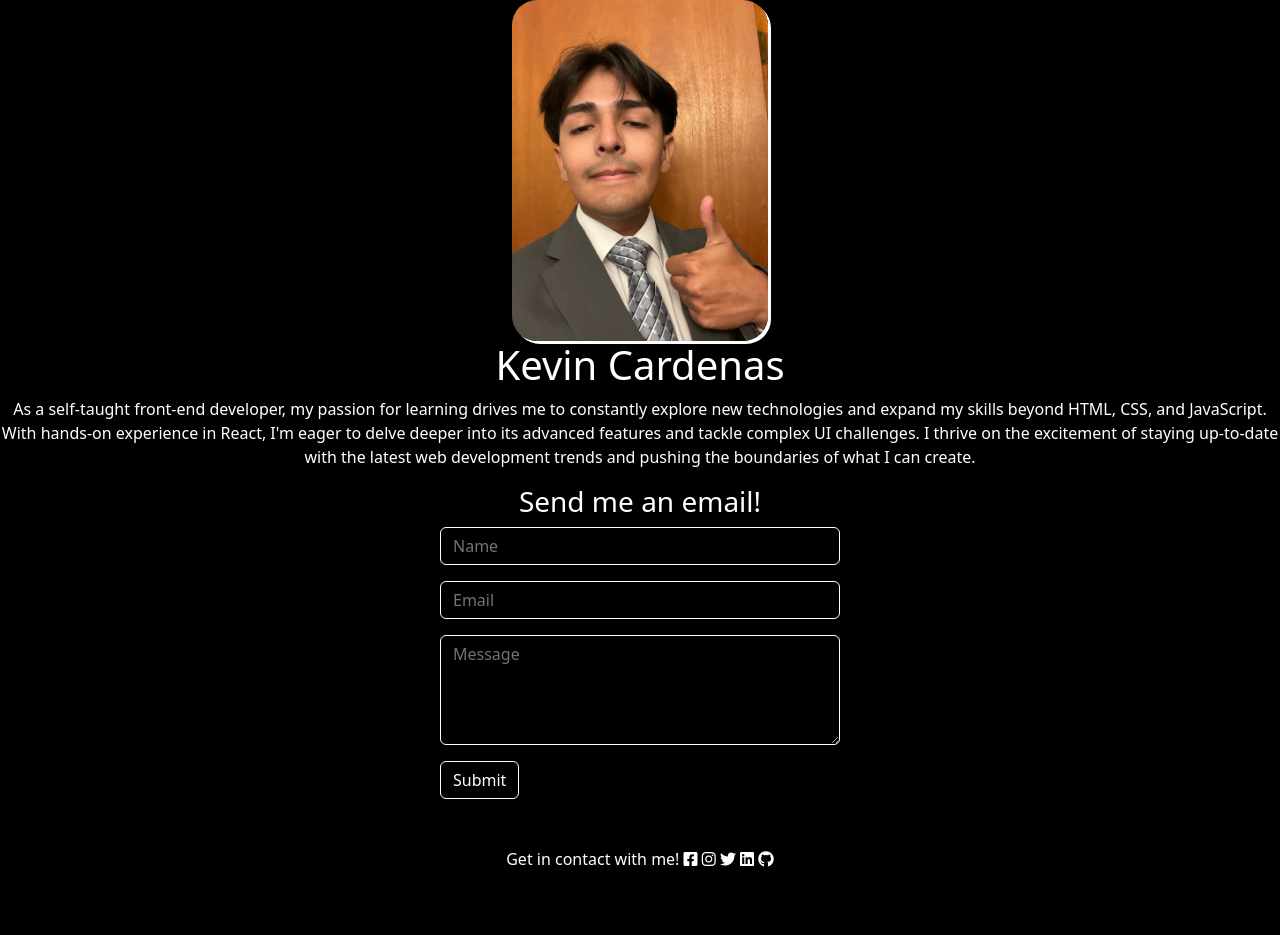
Repository: elqueben/elqueben.github.io
Page: public/index.html
These files come from the project's save history. The page is drawn as it stood at one moment and after the next save; the edit follows.
The browser window is 1280 px wide. The pictures show the whole page.

Above is the page before, as saved 2023-06-20 12:26:06.

### public/index.html
<!DOCTYPE html>
<html lang="en">
<head>
  <meta charset="UTF-8">
  <meta name="viewport" content="width=device-width, initial-scale=1.0">
  <link rel="stylesheet" href="https://cdnjs.cloudflare.com/ajax/libs/font-awesome/6.4.0/css/all.min.css" integrity="sha512-iecdLmaskl7CVkqkXNQ/ZH/XLlvWZOJyj7Yy7tcenmpD1ypASozpmT/E0iPtmFIB46ZmdtAc9eNBvH0H/ZpiBw==" crossorigin="anonymous" referrerpolicy="no-referrer" />
  <link rel="stylesheet" href="https://cdn.jsdelivr.net/npm/bootstrap@5.2.3/dist/css/bootstrap.min.css" integrity="sha384-rbsA2VBKQhggwzxH7pPCaAqO46MgnOM80zW1RWuH61DGLwZJEdK2Kadq2F9CUG65" crossorigin="anonymous">
  <link rel="stylesheet" href="styles.css">
  <title>elqueben</title>
</head>
<body>
  <div>
    <img id="pfp" src="me.jpg" />
  </div>
  <div>
  <h1 class="text-center">Kevin Cardenas</h1>
  <p class="text-center">As a self-taught front-end developer, my passion for learning drives me to constantly explore new technologies and expand my skills beyond HTML, CSS, and JavaScript. With hands-on experience in React, I'm eager to delve deeper into its advanced features and tackle complex UI challenges. I thrive on the excitement of staying up-to-date with the latest web development trends and pushing the boundaries of what I can create.</p>
  </div>
  <div>
    <div>
      <h3 class="text-center">Send me an email!</h3>
      <form class="my-form">
        <div class="mb-3">
          <input type="text" name="name" class="form-control" placeholder="Name">
        </div>
        <div class="mb-3">
          <input type="email" name="email" class="form-control" placeholder="Email">
        </div>
        <div class="mb-3">
          <textarea class="form-control" rows="4" placeholder="Message"></textarea>
        </div>
        <button type="submit" class="btn btn-primary">Submit</button>
      </form>
    </div>
  </div>
  <div class="text-center p-5">
    <p>Get in contact with me!
      <a href="https://www.facebook.com/eselqueben/" target="_blank"><i class="fa fa-brands fa-square-facebook"></i></a>
      <a href="https://www.instagram.com/elqueben/" target="_blank"><i class="fa fa-brands fa-instagram"></i></a>
      <a href="https://twitter.com/eselqueben" target="_blank"><i class="fa fa-brands fa-twitter"></i></a>
      <a href="https://www.linkedin.com/in/elqueben/" target="_blank"><i class="fa fa-brands fa-linkedin"></i></a>
      <a href="https://github.com/elqueben" target="_blank"><i class="fa fa-brands fa-github"></i></a>
    </p>
  </div>
</body>
</html>

### public/styles.css
#pfp {
    width: 20%;
    display: block;
    margin: 0 auto;
    border: 2px;
    border-radius: 25px;
    box-shadow: 3px 3px;
}

body {
    background-color: #000;
    color: #fff;
}

.my-form {
    max-width: 400px;
    margin: 0 auto;
}

.form-control {
    background-color: #000;
    border: 1px solid #fff;
    color: #fff;
}

.btn-primary {
    background-color: #000;
    border-color: #fff;
}

.btn-primary:hover {
    background-color: #333;
    border-color: #fff;
    color: #fff;
}

.fa {
    color: #fff;
}

.fa:hover {
    color: #333;
  }

After the next save:
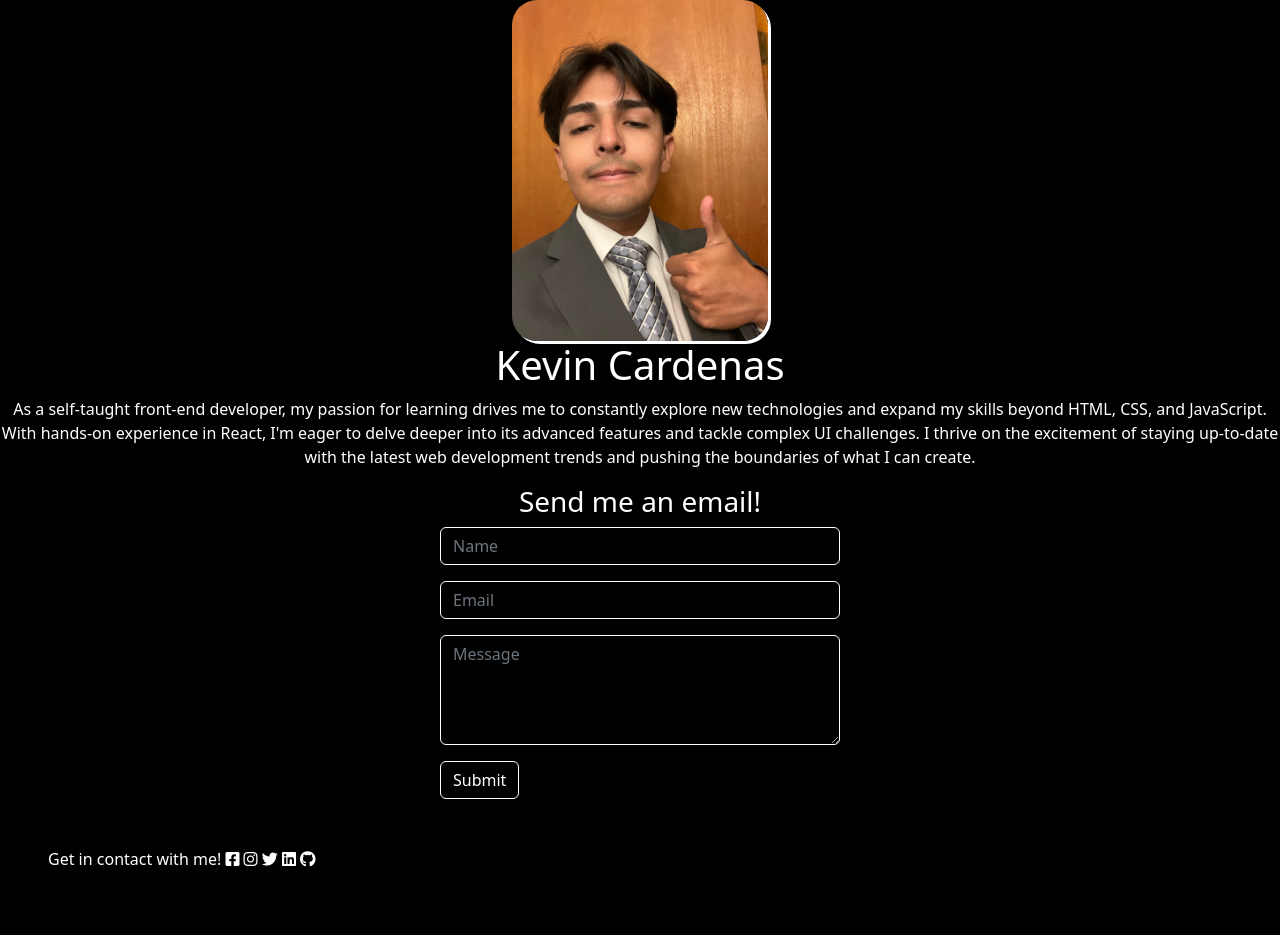
Saved 45 s later.
--- a/public/index.html
+++ b/public/index.html
@@ -33,7 +33,7 @@
       </form>
     </div>
   </div>
-  <div class="text-center p-5">
+  <div class="mx-auto p-5">
     <p>Get in contact with me!
       <a href="https://www.facebook.com/eselqueben/" target="_blank"><i class="fa fa-brands fa-square-facebook"></i></a>
       <a href="https://www.instagram.com/elqueben/" target="_blank"><i class="fa fa-brands fa-instagram"></i></a>

After the save that followed:
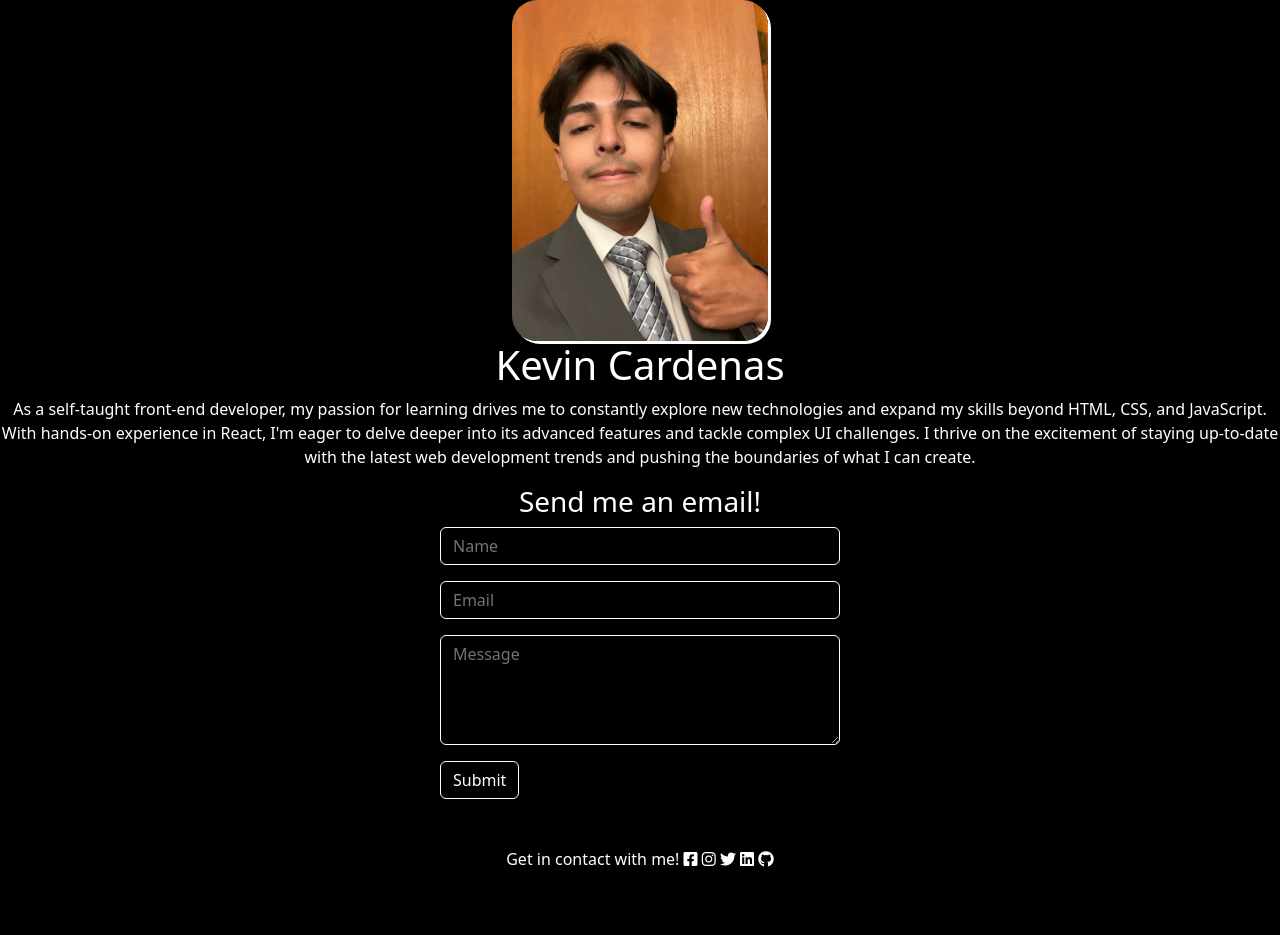
Saved 9 s later.
--- a/public/index.html
+++ b/public/index.html
@@ -33,7 +33,7 @@
       </form>
     </div>
   </div>
-  <div class="mx-auto p-5">
+  <div class="text-center p-5">
     <p>Get in contact with me!
       <a href="https://www.facebook.com/eselqueben/" target="_blank"><i class="fa fa-brands fa-square-facebook"></i></a>
       <a href="https://www.instagram.com/elqueben/" target="_blank"><i class="fa fa-brands fa-instagram"></i></a>
